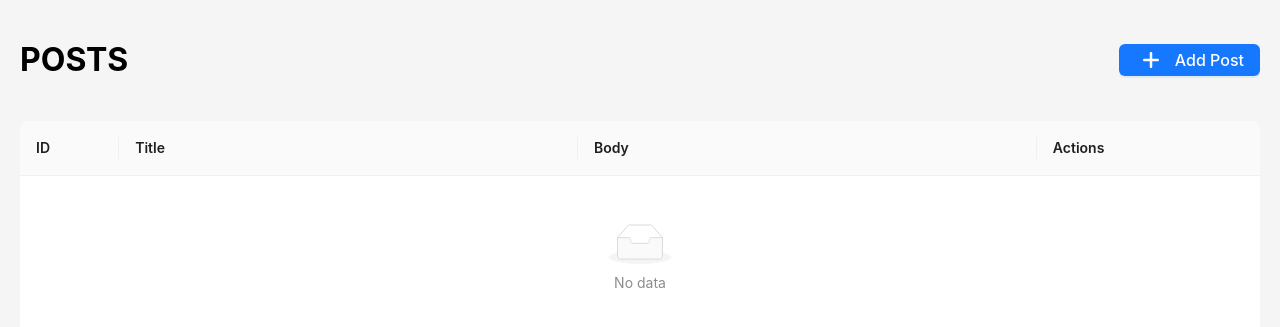
Repository: yasserrrz/Denamo-posts
Page: /
These files come from the project's save history. The page is drawn as it stood at one moment and after the next save; the edit follows.
The browser window is 1280 px wide. The pictures show the whole page.
The page's requests for data from a server got no answer. The project was rebuilt for these pictures with package versions that can differ from the ones it lists, and the page was loaded fresh each time. No one was signed in, and anything a server would have sent is missing. Also part of the build but not shown: src/components/PostForm.tsx.

Above is the page before, as saved 2024-11-28 16:41:21.

### src/App.tsx
import React, { useState } from 'react';
import { Button, Layout, Modal, Typography } from 'antd';
import DataTable from './components/DataTable';
// import AddPostForm from './components/AddPostForm';
import './App.css';
import PostForm from './components/PostForm';
import {ReactComponent as AddIcon} from "./assets/add-277.svg";
const { Header, Content } = Layout;
const { Title } = Typography;


const App: React.FC = () => {
  const [isModalOpen, setIsModalOpen] = useState(false);
  return (<>
    <Layout style={{ minHeight: '100vh' }}>
      <Content style={{ padding: '20px' }}>
         <div style={{marginTop: '20px ' , marginBottom: '20px' , display: 'flex', justifyContent: 'space-between' , alignItems: 'center' }}>
         <Title level={2} style={{ textAlign: 'center' , marginBottom:"0px" , marginTop:"0px" , fontSize: '32px' , fontWeight: '700' , textTransform: 'uppercase' , color: '#000' }}>
          Posts
        </Title>
         <Button onClick={()=>{setIsModalOpen(true)}} style={{fontSize: '16px' , fontWeight: '500' , padding: '15px'}} type="primary"><AddIcon/> Add Post</Button>
         </div>
        <div style={{ marginTop: '40px' }}>
          <DataTable />
        </div>
      </Content>
    </Layout>
    <Modal open={isModalOpen} title="Add New Post" centered width={800} onCancel={() => setIsModalOpen(false)} footer={null}>
      <PostForm  setIsModalOpen={setIsModalOpen} />
    </Modal>
  </>
  );
};

export default App;

### src/components/DataTable.tsx
import React, { useEffect, useState } from 'react';
import { Table, Button, Modal, Form, Input, notification } from 'antd';
import axios from 'axios';
import { Post } from '../types/Post';
import {ReactComponent as EditIcon} from "../assets/edit.svg"
import {ReactComponent as DeleteIcon} from "../assets/delete-icon-1.svg"
const DataTable: React.FC = () => {
  const [posts, setPosts] = useState<Post[]>([]);
  const [loading, setLoading] = useState<boolean>(true);
  const [editingPost, setEditingPost] = useState<Post | null>(null);
  const [isModalOpen, setIsModalOpen] = useState<boolean>(false);
  const [deleteModalOpen, setDeleteModalOpen] = useState<boolean>(false);

  useEffect(() => {
    const fetchData = async () => {
      setLoading(true);
      try {
        const response = await axios.get<Post[]>('https://jsonplaceholder.typicode.com/posts');
        setPosts(response.data);
      } catch (error) {
        console.log(error);
      } finally {
        setLoading(false);
      }
    };

    fetchData();
  }, []);

  const handleEdit = (post: Post) => {
    setEditingPost(post);
    setIsModalOpen(true);
  };

  const handleUpdatePost = async (values: Omit<Post, 'id'>) => {
    if (!editingPost) return;

    try {
      const response = await axios.put<Post>(
        `https://jsonplaceholder.typicode.com/posts/${editingPost.id}`,
        values
      );
      setPosts((prev) =>
        prev.map((post) => (post.id === editingPost.id ? { ...post, ...response.data } : post))
      );
      notification.success({
        message: 'Post Updated',
        description: `Post with ID ${editingPost.id} was updated successfully.`,
      });
    } catch (error) {
      notification.error({
        message: 'Error',
        description: 'Failed to update the post.',
      });
    } finally {
      setIsModalOpen(false);
      setEditingPost(null);
    }
  };

  const handleDelete = async (id: number) => {
    try {
      await axios.delete(`https://jsonplaceholder.typicode.com/posts/${id}`);
      setPosts((prev) => prev.filter((post) => post.id !== id));
      notification.success({
        message: 'Post Deleted',
        description: `Post with ID ${id} was deleted successfully.`,
      });
    } catch (error) {
      notification.error({
        message: 'Error',
        description: 'Failed to delete the post.',
      });
    }
    setDeleteModalOpen(false);
  };

  const columns = [
    {
      title: 'ID',
      dataIndex: 'id',
      key: 'id',
      width: '8%',
      render: (text: string) => <span style={{ fontSize: '12px', color: '#888' }}>{text}</span>,
    },
    {
      title: 'Title',
      dataIndex: 'title',
      key: 'title',
    },
    {
      title: 'Body',
      dataIndex: 'body',
      key: 'body',
    },
    {
      title: 'Actions',
      key: 'actions',
      width: '18%',
      render: (text: any, record: Post) => (
        <div style={{ width: '100%', display: 'flex', gap: '10px', justifyContent: 'space-around' }}>
          <Button type="primary"  onClick={() => handleEdit(record)}>
            <EditIcon/>
          </Button>
          <Button type={"primary"} danger onClick={() => {
            setEditingPost(record);
            setDeleteModalOpen(true);
          }}>
            <DeleteIcon/>
          </Button>
        </div>
      ),
    },
  ];

  return (
    <>
      <Table
        dataSource={posts}
        columns={columns}
        rowKey="id"
        loading={loading}
        scroll={{ y: "calc(100vh - 250px)",  x: 700}}
        pagination={{ pageSize: 10 }}
      />

      {/* edit modal */}
      <Modal
        title="Edit Post"
        open={isModalOpen}
        onCancel={() => setIsModalOpen(false)}
        footer={null}

        centered
      >
        <Form
          initialValues={{ title: editingPost?.title, body: editingPost?.body }}
          onFinish={handleUpdatePost}
          layout="vertical"
        >
          <Form.Item
            name="title"
            label="Title"
            rules={[{ required: true, message: 'Please input the title!' }]}

          >
            <Input placeholder="Enter post title" />
          </Form.Item>
          <Form.Item
            name="body"
            label="Body"
            rules={[{ required: true, message: 'Please input the body!' }]}
          >
            <Input.TextArea rows={4} placeholder="Enter post body" />
          </Form.Item>
          <Form.Item style={{ textAlign: 'center' , display: 'flex', justifyContent: 'flex-end' }}>
            <Button type="default"  htmlType="submit">
              Update Post
            </Button>
          </Form.Item>
        </Form>
      </Modal>

      {/* Delete modal */}
      <Modal
        title="Delete Post"
        open={deleteModalOpen}
        onCancel={() => setDeleteModalOpen(false)}
        footer={null}

        centered
      >
        <p>Are you sure you want to delete this post?</p>
        <div style={{ display: 'flex', gap: '10px', justifyContent: "flex-end" }}>
          <button className='delete-btn' onClick={() => handleDelete(editingPost?.id || 0)}>
            Yes
          </button>
          <button  className='cancel' onClick={() => setDeleteModalOpen(false)}>No</button>
        </div>
      </Modal>
    </>
  );
};

export default DataTable;

### src/App.css
.cancel{
  color: #000000e0;
  background-color: #fff;
  border: 1px solid #000000e0;
  border-radius: 8px;
  padding: 8px 15px;
  cursor: pointer;
  transition: all 0.15s ease-in-out;
}

.cancel:hover{
  background-color: #000000e0;
  color: #fff;
}

.delete-btn{
  color: #fff;
  background-color: #ff4d4f;
  border: 1px solid #ff4d4f;
  border-radius: 8px;
  padding: 8px 15px;
  cursor: pointer;
  transition: all 0.15s ease-in-out;
}

.delete-btn:hover{
  background-color: #fff;
  color: #ff4d4f;
  border: 1px solid #ff4d4f;
}

.ant-table-body {
  scrollbar-width: thin;
  scrollbar-color: #888 #f5f5f5;
  overflow-y: scroll; /* Ensure vertical scrolling is functional */
  scrollbar-width: none; /* Hide scrollbar in Firefox */
}

.ant-table-body ::-webkit-scrollbar-corner
 {
  display: none;
}

.svg-container {
  width: 24px;
  height: 24px;
}

.svg-container svg {
  width: 100%;
  height: 100%;
}

Loaded but not shown: public/index.html (common file); src/index.tsx (common file); src/index.css (common file); src/reportWebVitals.ts (common file)

After the next save:
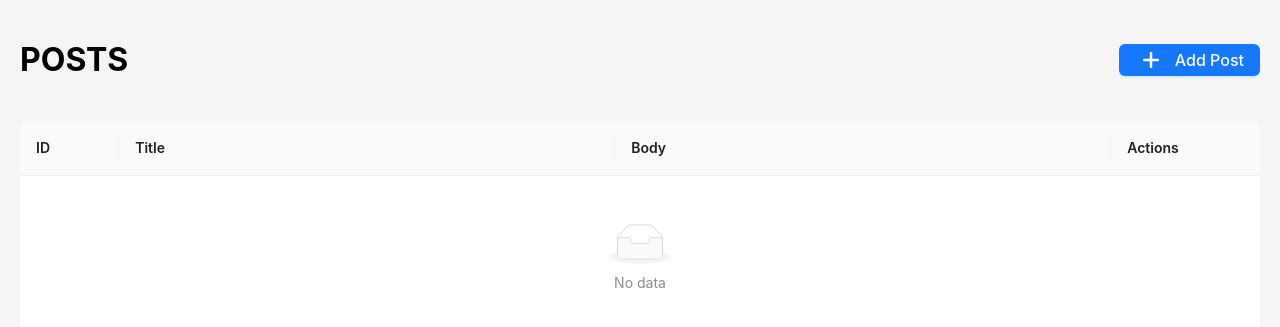
Saved 7 s later.
--- a/src/components/DataTable.tsx
+++ b/src/components/DataTable.tsx
@@ -96,7 +96,7 @@ const DataTable: React.FC = () => {
     {
       title: 'Actions',
       key: 'actions',
-      width: '18%',
+      width: '12%',
       render: (text: any, record: Post) => (
         <div style={{ width: '100%', display: 'flex', gap: '10px', justifyContent: 'space-around' }}>
           <Button type="primary"  onClick={() => handleEdit(record)}>
